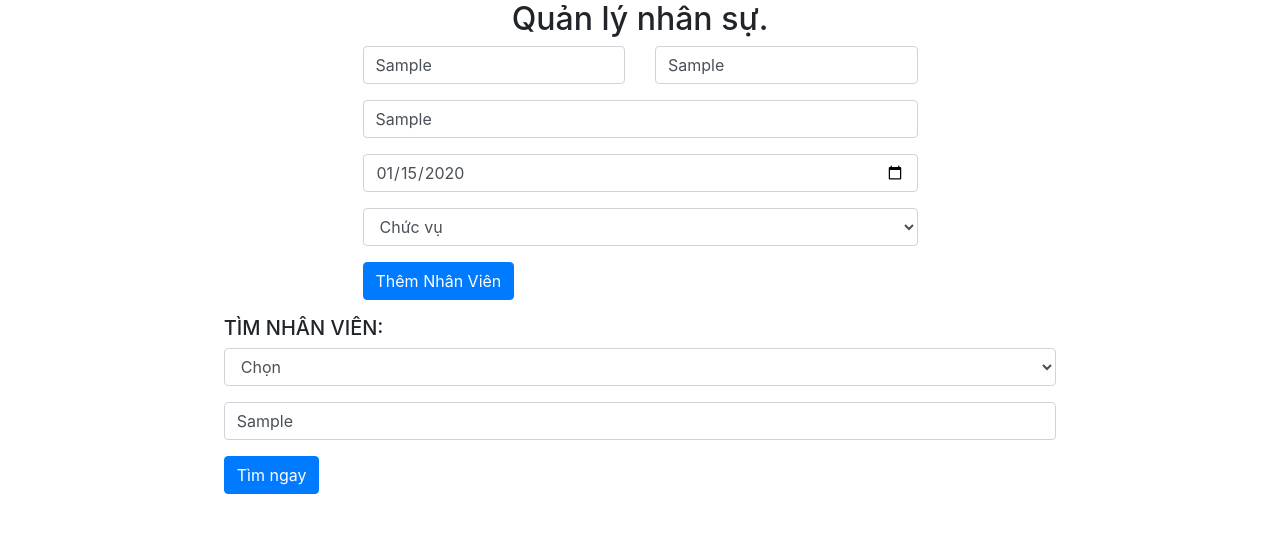
Repository: dovanthao2404/quanlynhanvien
Page: index.html
An editor plug-in stored every save of this project. The page is shown before and after the next save, followed by the edit.
The browser window is 1280 px wide. The pictures show the whole page.
Empty fields were first filled with sample values (such as "Sample", 5 or name@example.com).
After loading, the first visible `#btnThemNhanVien` was clicked once.

Above is the page before, as saved 2021-06-30 15:40:00.
Console error: TypeError: Cannot read properties of null (reading 'selectedIndex')

After the next save:
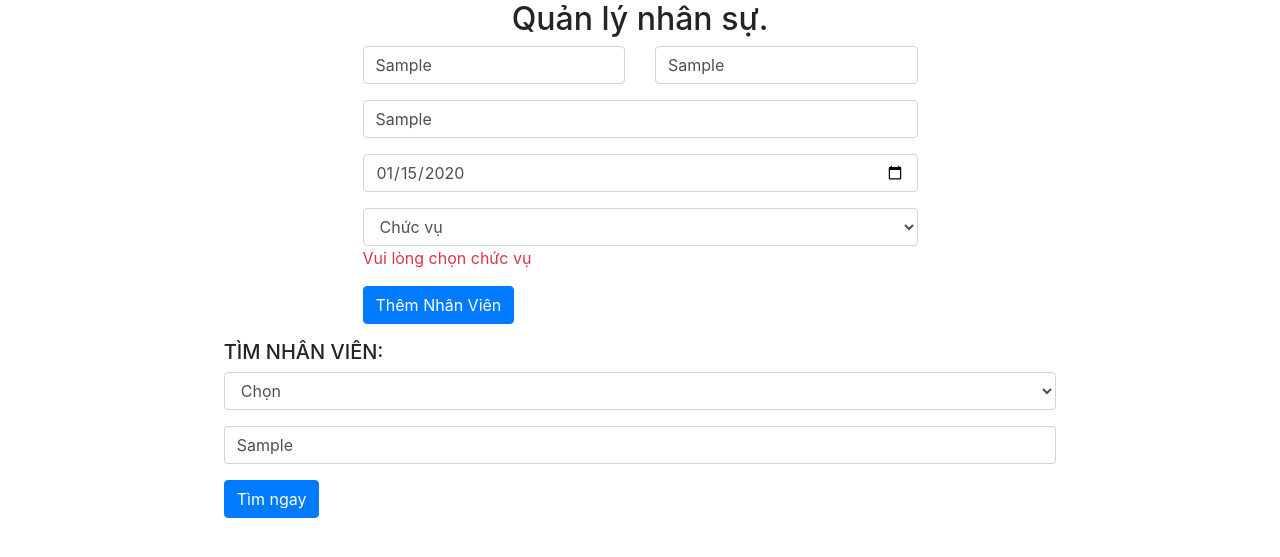
The error is gone.
Saved 9 s later.
--- a/js/main.js
+++ b/js/main.js
@@ -79,7 +79,7 @@ function kiemTraHopLe() {
     kiemTraDoDai('maNV', 'thongBaoMS', 7);
   }
   var kq4 = kiemTraNhap('ngayLamViec', 'thongBaoNgay', 3);
-  var kq5 = kiemTraChon('chuVu', 'thongBaoChucVu', 4);
+  var kq5 = kiemTraChon('chucVu', 'thongBaoChucVu', 4);
 
   if (kq && kq2 && kq3 && kq4 && kq5) {
     return true;
